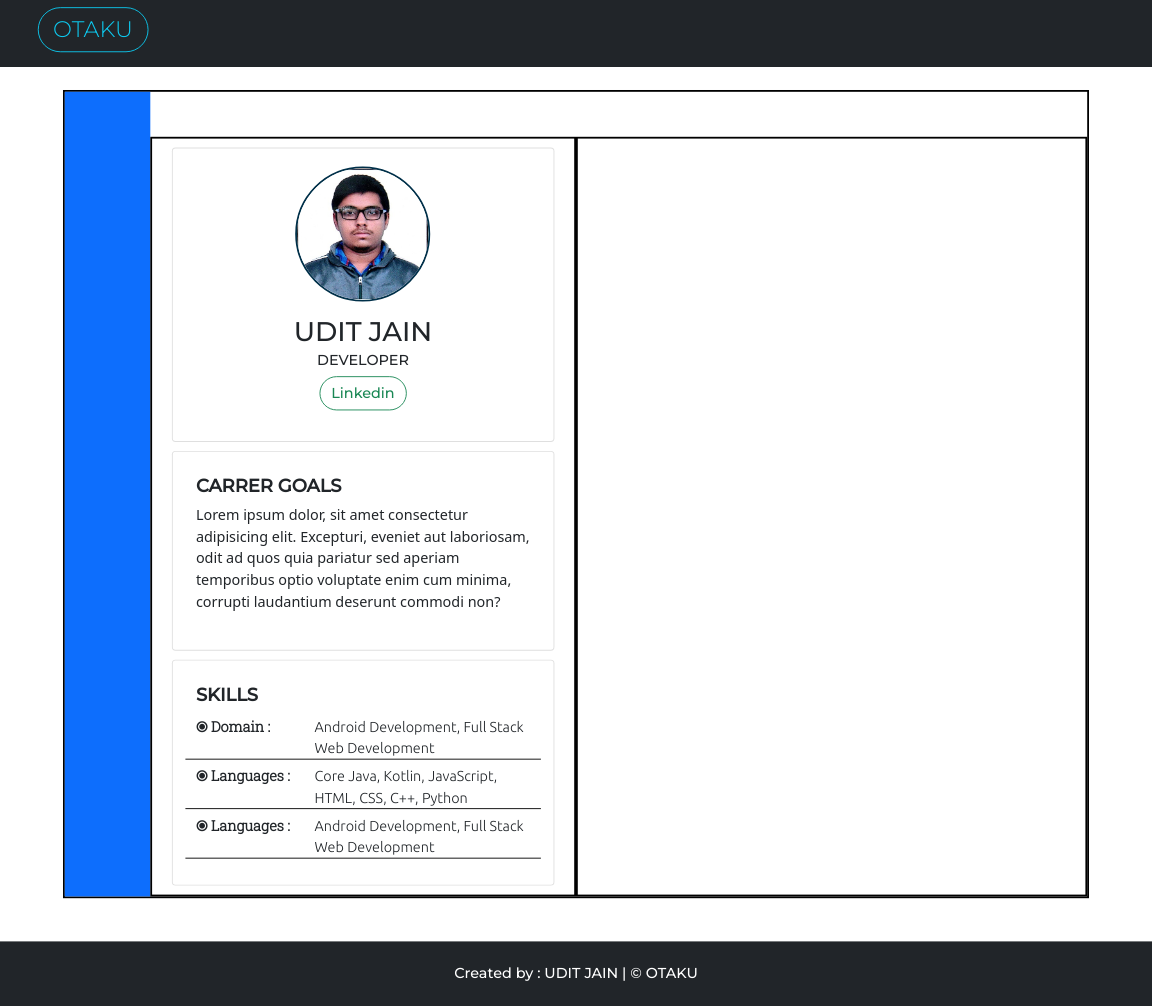
Repository: uditjain100/Responsive-Resume
Page: layouts/index.html
The author's editor kept a copy of each file at every save. The page is drawn from the files as they stood at one save, then again after the next save.
The browser window is 1280 px wide. The pictures show the whole page, at 90% of full size.
Some web libraries are served in a nearby version.

Above is the page before, as saved 2021-03-01 14:36:08.

### layouts/index.html
<!DOCTYPE html>
<html lang="en">
  <head>
    <meta charset="UTF-8" />
    <meta http-equiv="X-UA-Compatible" content="IE=edge" />
    <meta name="viewport" content="width=device-width, initial-scale=1.0" />
    <title>Udit Jain</title>
    <link rel="stylesheet" href="app.css" />
    <link
      href="https://cdn.jsdelivr.net/npm/bootstrap@5.0.0-beta1/dist/css/bootstrap.min.css"
      rel="stylesheet"
      integrity="sha384-giJF6kkoqNQ00vy+HMDP7azOuL0xtbfIcaT9wjKHr8RbDVddVHyTfAAsrekwKmP1"
      crossorigin="anonymous"
    />

    <link rel="preconnect" href="https://fonts.gstatic.com" />
    <link
      href="https://fonts.googleapis.com/css2?family=Montserrat:wght@300;500&display=swap"
      rel="stylesheet"
    />
    <link
      href="https://fonts.googleapis.com/css2?family=Roboto+Slab:wght@300&display=swap"
      rel="stylesheet"
    />
    <link
      href="https://fonts.googleapis.com/css2?family=Spartan:wght@500&display=swap"
      rel="stylesheet"
    />
    <link
      href="https://fonts.googleapis.com/css2?family=Red+Hat+Display&display=swap"
      rel="stylesheet"
    />
    <link
      href="https://fonts.googleapis.com/css2?family=Ubuntu:wght@300&display=swap"
      rel="stylesheet"
    />
    <link
      href="https://fonts.googleapis.com/css2?family=Quicksand:wght@700&display=swap"
      rel="stylesheet"
    />
    <link
      href="https://fonts.googleapis.com/css2?family=Nunito&display=swap"
      rel="stylesheet"
    />
  </head>
  <body>
    <header class="header">
      <nav class="navbar navbar-expand-lg navbar-light bg-dark pb-3 fixed-top">
        <div class="container-fluid">
          <a
            id="navtitle"
            class="navbar-brand text-info px-3 rounded-pill border border-info"
            href="#"
            >OTAKU</a
          >
        </div>
      </nav>
    </header>

    <div class="container">
      <div id="wholewindow" class="row">
        <div class="col-1 bg-primary"></div>
        <div id="leftwindow" class="col-5">
          <div id="namebox" class="card">
            <img
              id="profileimg"
              src="profile.jpg"
              class="card-img-top"
              alt="..."
            />
            <div class="card-body">
              <h3 class="card-title" style="font-size: 30px; font-weight: 400">
                UDIT JAIN
              </h3>
              <h6 class="card-subtitle">DEVELOPER</h6>
              <a href="#" class="btn btn-outline-success rounded-pill m-2"
                >Linkedin</a
              >
            </div>
          </div>
          <div id="goalbox" class="card">
            <div class="card-body">
              <h3 class="card-title">CARRER GOALS</h3>
              <p>
                Lorem ipsum dolor, sit amet consectetur adipisicing elit.
                Excepturi, eveniet aut laboriosam, odit ad quos quia pariatur
                sed aperiam temporibus optio voluptate enim cum minima, corrupti
                laudantium deserunt commodi non?
              </p>
            </div>
          </div>
          <div id="skillsbox" class="card">
            <div class="card-body">
              <h3 class="card-title">SKILLS</h3>
              <ul class="list-group">
                <li id="skillsitem" class="row">
                  <span class="col-4" id="que">⦿ Domain : </span>
                  <span class="col-8" id="ans"
                    >Android Development, Full Stack Web Development</span
                  >
                </li>
                <li id="skillsitem" class="row">
                  <span class="col-4" id="que">⦿ Languages : </span>
                  <span class="col-8" id="ans"
                    >Core Java, Kotlin, JavaScript, HTML, CSS, C++, Python</span
                  >
                </li>
                <li id="skillsitem" class="row">
                  <span class="col-4" id="que">⦿ Languages : </span>
                  <span class="col-8" id="ans"
                    >Android Development, Full Stack Web Development</span
                  >
                </li>
              </ul>
            </div>
          </div>
        </div>
        <div id="rightwindow" class="col-6"></div>
      </div>
    </div>

    <footer class="footer bg-dark mt-5 py-4">
      <div class="container">
        <span class="" style="text-align: center"
          >Created by : UDIT JAIN | &copy; OTAKU</span
        >
      </div>
    </footer>

    <script
      src="https://cdn.jsdelivr.net/npm/@popperjs/core@2.6.0/dist/umd/popper.min.js"
      integrity="sha384-KsvD1yqQ1/1+IA7gi3P0tyJcT3vR+NdBTt13hSJ2lnve8agRGXTTyNaBYmCR/Nwi"
      crossorigin="anonymous"
    ></script>
    <script
      src="https://cdn.jsdelivr.net/npm/bootstrap@5.0.0-beta2/dist/js/bootstrap.min.js"
      integrity="sha384-nsg8ua9HAw1y0W1btsyWgBklPnCUAFLuTMS2G72MMONqmOymq585AcH49TLBQObG"
      crossorigin="anonymous"
    ></script>

    <script src="https://cdnjs.cloudflare.com/ajax/libs/typed.js/2.0.11/typed.min.js"></script>

    <script src="app.js"></script>
  </body>
</html>

### layouts/app.css
/* * Common Section */

@keyframes transitionIn {
  from {
    opacity: 0;
    transform: rotateY(-10deg);
  }
  to {
    opacity: 1;
    transform: rotateY(0);
  }
}

html {
  animation: transitionIn 1s;
}

/* * Navbar Section */

#navtitle {
  font-family: "Montserrat";
  font-size: 25px;
  font-weight: 300;
  margin-left: 30px;
}

#navlist li {
  font-family: "Montserrat";
  font-weight: 200;
  margin: 10px;
  padding: 10px;
  font-size: 20px;
  transition: 0.1s;
  display: flex;
  flex-direction: column-reverse;
  align-items: center;
}

#navlist li img {
  width: 30px;
  display: none;
  height: 30px;
  margin: 5px;
  border-radius: 50%;
}

#navlist li:hover {
  font-weight: 500;
  border-bottom-left-radius: 10%;
  border-bottom-right-radius: 10%;
  border-bottom: 2px white solid;
}

@media (max-width: 993px) {
  #navlist li img {
    display: flex;
    background-color: grey;
  }
}

/*  ********************* resume work */

#wholewindow {
  margin-top: 100px;
  border: 2px black solid;
}

#leftwindow,
#rightwindow {
  margin-top: 50px;
  border: 2px black solid;
}

#namebox {
  display: flex;
  flex-direction: column;
  flex-wrap: wrap;
  justify-content: space-evenly;
  align-items: center;
  text-align: center;
  font-family: "Montserrat";
}

#profileimg {
  width: 150px;
  height: 150px;
  border-radius: 50%;
  border: 2px #003049 solid;
  margin-top: 10px;
}

#skillsitem {
  border-bottom: 1px black solid;
  margin-top: 3px;
  margin-bottom: 3px;
}

#que {
  font-family: "Roboto Slab";
  font-weight: 900;
  text-align: left;
}

#ans {
  font-family: "Ubuntu";
  font-weight: 400;
  text-align: left;
}

.card {
  margin: 10px;
  padding: 10px;
}

.card-title {
  font-family: "Montserrat";
  font-weight: 900;
  font-size: 20px;
}

/* * Common Section */

.footer {
  position: -webkit-sticky;
  left: 0;
  bottom: 0;
  width: 100%;
  color: white;
  text-align: center;
  font-family: "Montserrat";
}

Loaded but not shown: layouts/app.js (no copy from this time; the picture is the same without it)

After the next save:
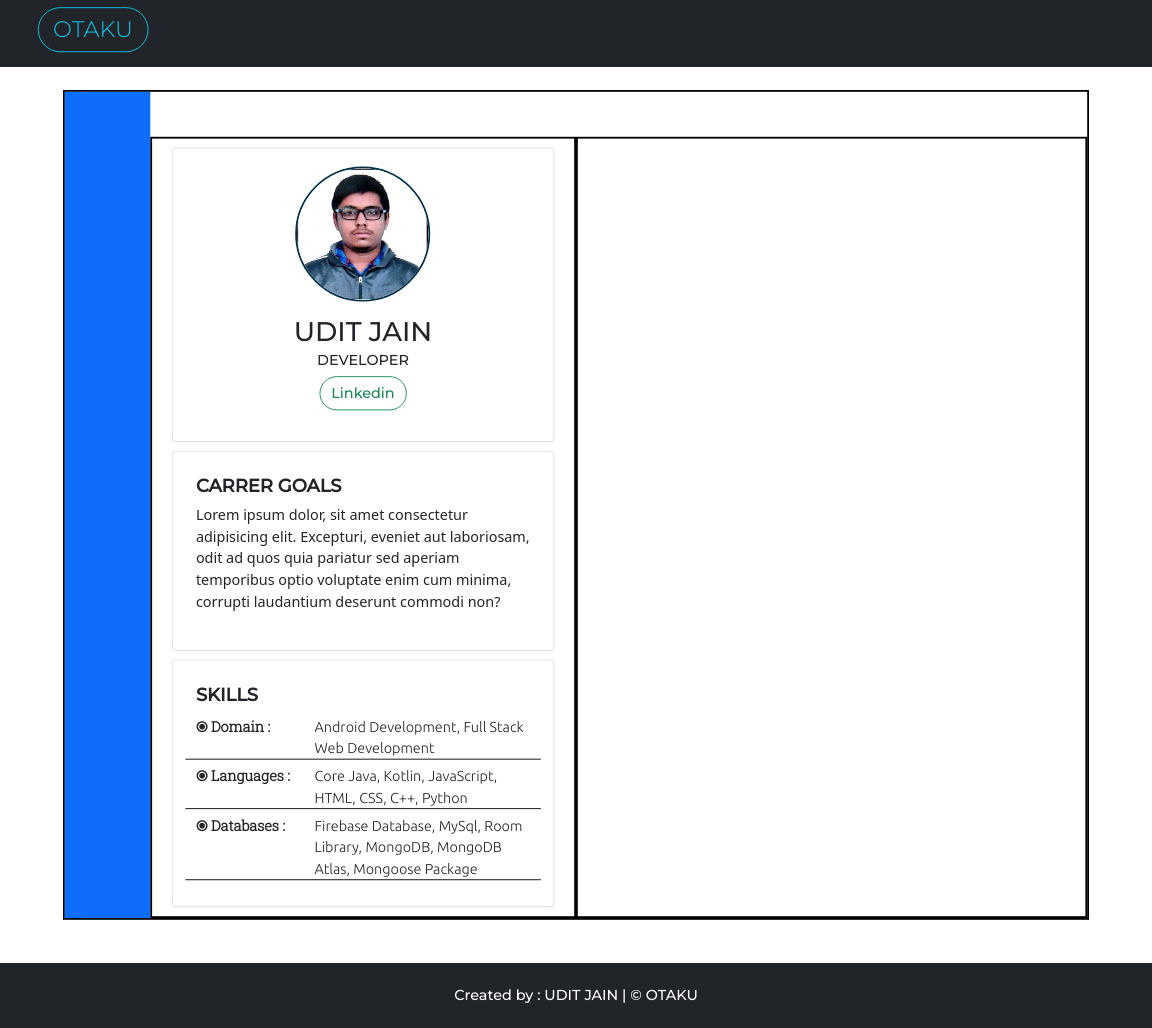
Saved 85 s later.
--- a/layouts/index.html
+++ b/layouts/index.html
@@ -106,9 +106,10 @@
                   >
                 </li>
                 <li id="skillsitem" class="row">
-                  <span class="col-4" id="que">⦿ Languages : </span>
+                  <span class="col-4" id="que">⦿ Databases : </span>
                   <span class="col-8" id="ans"
-                    >Android Development, Full Stack Web Development</span
+                    >Firebase Database, MySql, Room Library, MongoDB, MongoDB
+                    Atlas, Mongoose Package</span
                   >
                 </li>
               </ul>
